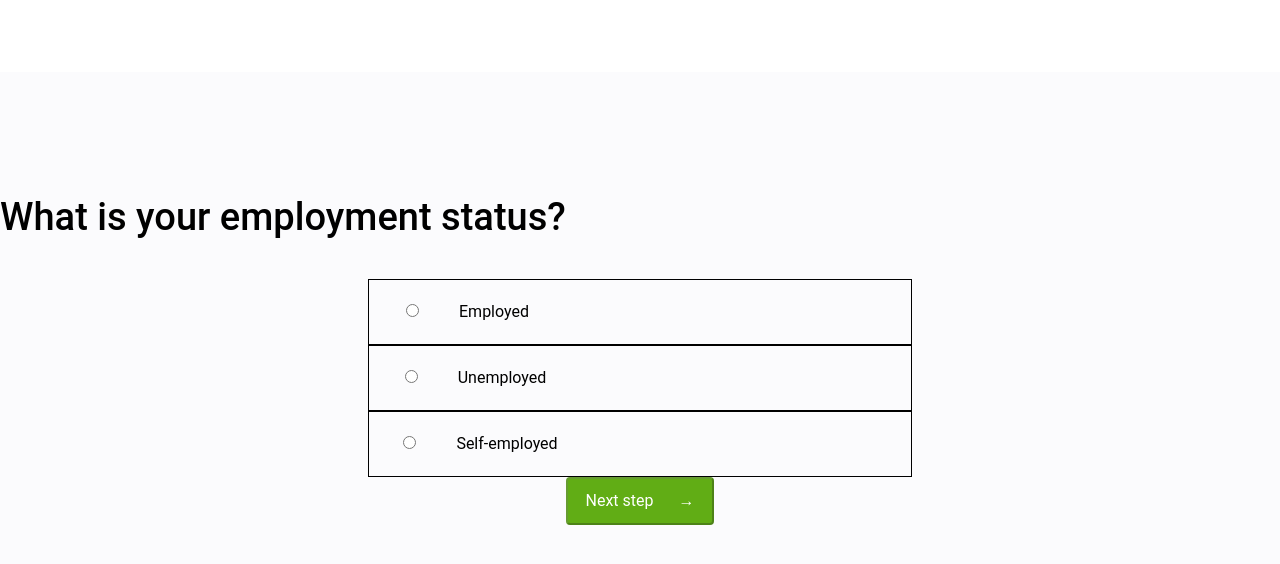
Repository: andbilous/task-survey
Page: /employment-status
An editor plug-in stored every save of this project. The page is shown before and after a run of saves, followed by the edit.
The browser window is 1280 px wide. The pictures show the whole page.
The project was rebuilt for these pictures with package versions that can differ from the ones it lists, and the page was loaded fresh each time. Also part of the build but not shown: src/pages/FillingStatus.jsx, src/pages/Proprietorships.jsx, src/pages/Score.jsx.

Above is the page before, as saved 2020-06-18 18:34:53.

### src/App.js
import React from 'react';
import { Provider } from 'react-redux'
import { store } from './redux/store'
import {
  BrowserRouter as Router,
  Switch,
  Route,
} from "react-router-dom";
import './App.css';
import {Header} from './components/Header';
import {EmploymentStatusPage} from './pages/EmploymentStatus';
import {FillingStatusPage} from './pages/FillingStatus';
import {ProprietorshipsPage} from './pages/Proprietorships';
import {ScorePage} from './pages/Score';


function App() {
  return (
    <Router>
    <Provider store={store}>
    <Switch>
    <div className="App">
      <Header/>
      <Route path="/employment-status">
            <EmploymentStatusPage />
          </Route>
          <Route path="/filling-status">
            <FillingStatusPage />
          </Route>
          <Route path="/proprietorship">
            <ProprietorshipsPage />
          </Route>
          <Route path="/score">
            <ScorePage />
          </Route>
    </div>
    </Switch>
    </Provider>
    </Router>
  );
}

export default App;

### src/redux/store.js
import { applyMiddleware, createStore } from 'redux';
import logger from 'redux-logger';
import thunk from 'redux-thunk';

import { rootReducer } from './rootReducer';

const middleware = [thunk, logger];

export const store = createStore(rootReducer, applyMiddleware(...middleware));

### src/App.css
* {
  text-align: center;
  box-sizing: border-box;
  font-family: Roboto;
  font-style: normal;
  font-weight: normal;
}
body{
  background-color:  #FBFBFD;
}
h2{
  font-family: Roboto;
font-style: normal;
font-weight: 500;
font-size: 38px;
line-height: 60px;
display: flex;
align-items: center;
text-align: center;
background-color:  #FBFBFD;
}
.list-item{
  width: 544px;
  height: 66px;
  border: 1px solid black;
  padding-top: 21px;
}

### src/components/Header.jsx
import React from "react";
import { connect } from "react-redux";

const Header = ({ progress }) => {
  return (
    <>
      <div style={styles.general} />
      <div
        style={{
          width: `${progress}%`,
          height: "75px",
          backgroundColor: "#61AD15",
        }}
      ></div>
    </>
  );
};

const styles = {
  general: {
    position: "absolute",
    left: "0%",
    right: "0%",
    top: "0%",
    bottom: "0%",
    height: "72px",
    backgroundColor: "#fff",
  },
};

const HeaderContainer = connect(
  (state) => ({
    progress: state.surveyReducer.progress,
  }),
  (dispatch) => ({})
)(Header);

export { HeaderContainer as Header };

### src/pages/EmploymentStatus.jsx
import React, { useState } from "react";
import { useHistory } from "react-router-dom";
import { connect } from "react-redux";
import Footer from "../components/Footer";
import { setEmploymentStatus } from "../redux/survey/actions";

const EmploymentStatusPage = ({ setEmploymentStatus }) => {
  const history = useHistory();
  const [disableFooter, setDisableFooter] = useState(true);
  const [value, setValue] = useState("");

  const navigateNextPage = () => {
    if (value === "Employed" || value === "Unemployed") {
      history.push("/filling-status");
    } else {
      history.push("/proprietorship");
    }
  };

  const handleChange = (value) => {
    console.log(value);
    setDisableFooter(false);
    setEmploymentStatus(value);
    setValue(value);
  };
  return (
    <div style={{ marginTop: "7rem" }}>
      <h2>What is your employment status?</h2>
      <form>
        <div
          style={styles.parent}
          className="radio"
        >
          <div></div>
          <label className="list-item" style={{paddingRight: '350px'}}>
            <input
              style={styles.input}
              onClick={() => handleChange("Employed")}
              name="1"
              type="radio"
              value="Employed"
            />
            Employed
          </label>
          <label className="list-item" style={{paddingRight: '334px'}}>
            <input
              style={styles.input}
              onClick={() => handleChange("Unemployed")}
              name="1"
              type="radio"
              value="Unemployed"
            />
            Unemployed
          </label>
          <label className="list-item" style={{paddingRight: '324px'}}>
            <input
              style={styles.input}
              onClick={() => handleChange("SelfEmployed")}
              name="1"
              type="radio"
              value="SelfEmployed"
            />
            Self-employed
          </label>
        </div>
      </form>
      <Footer disable={disableFooter} navigateNextPage={navigateNextPage} />
    </div>
  );
};

const styles = {
  parent: {
    marginTop: "2rem",
    display: "flex",
    flexDirection: "column",
    alignItems: "center",
    textAlign: "center",
  },
  item: {
    width: "544px",
    height: "66px",
    border: "1px solid black",
    paddingTop: '21px',
  },
  input :{
    marginRight: '40px'
  }
};

const EmploymentStatusPageContainer = connect(
  (state) => ({}),
  (dispatch) => ({
    setEmploymentStatus: (value) => dispatch(setEmploymentStatus(value)),
  })
)(EmploymentStatusPage);

export { EmploymentStatusPageContainer as EmploymentStatusPage };

### src/redux/rootReducer.js
import { combineReducers } from 'redux'
import surveyReducer from './survey/reducer'

export const rootReducer = combineReducers({
  surveyReducer
})

### src/components/Footer.jsx
import React from "react";

const Footer = ({ disable, navigateNextPage, navigatePrevPage }) => {
  if (navigatePrevPage && navigateNextPage) {
    return (
      <div style={styles.general}>
        <button
          disabled={disable}
          onClick={() => {
            navigatePrevPage();
          }}
        >
          Prev step
        </button>
        <button
          disabled={disable}
          onClick={() => {
            navigateNextPage();
          }}
        >
          Next step
        </button>
      </div>
    );
  }
  if (navigatePrevPage && !navigateNextPage) {
    return (
      <button
        disabled={disable}
        onClick={() => {
          navigatePrevPage();
        }}
      >
        Prev step
      </button>
    );
  }
  if (!navigatePrevPage && navigateNextPage) {
    return (
      <button
        style={styles.button}
        disabled={disable}
        onClick={() => {
          navigateNextPage();
        }}
      >
        <span>Next step</span>
        <span style={styles.arrow}>&#8594;</span>
      </button>
    );
  }
};

const styles = {
  general: {
    position: "absolute",
    bottom: "0",
    width: "100%",
    height: "2.5rem",
    backgroundColor: "#fff",
  },
  button: {
    color: "#fff",
    width: "148px",
    height: "48px",
    background: "#61AD15",
    textAlign: "center",
    fontSize: "16px",
    lineHeight: "26px",
    borderRadius: "4px",
  },
  arrow: {
    marginLeft: '25px',
    transform: "matrix(1, 0, 0, -1, 0, 0)",
  },
};

export default Footer;

### src/redux/survey/actions.js
import types from './types';

export const setEmploymentStatus = (value) => {
    if(value === 'Employed'){
      return {
        type: types.SET_EMPLOYMENT_STATUS,
        employmentStatus: value,
        count: 10,

      }
    }
      if(value === 'Unemployed'){
        return {
          type: types.SET_EMPLOYMENT_STATUS,
          employmentStatus: value,
          count: 20
        }
      }
        if(value === 'SelfEmployed'){
          return {
            type: types.SET_EMPLOYMENT_STATUS,
            employmentStatus: value,
            count: 30
          }
    }
};

export const setProprietorshipsCount = (value) => ({
    type: types.SET_PROPRIETORSHIPS_MULTIPLIER,
    multiplier: value
})

export const setFillingStatus = (values) =>{
  if(!values.length){
    return {
      type: types.SET_FILLING_STATUS,
      count: 0
    }
}
  if(values.length===1){
    return {
      type: types.SET_FILLING_STATUS,
      count: 10
    }
}
  return {
    type: types.SET_FILLING_STATUS,
    count: (values.length)*5
  }
}

export const displayResult = () =>({
  type: types.DISPLAY_RESULT
})

### src/redux/survey/reducer.js
import types from './types'

const initialValues = {
  count: 0,
  employmentStatus:'',
  progress: 0
}

const surveyReducer = (state = initialValues, action) => {
  switch (action.type) {
    case types.SET_EMPLOYMENT_STATUS:
      return {
        ...state,
        count: state.count + action.count,
        employmentStatus: action.employmentStatus,
        progress: 30
      }
      case types.SET_PROPRIETORSHIPS_MULTIPLIER:
        return {
          ...state,
          count: state.count * action.multiplier,
          progress: 50
        }
        case types.SET_FILLING_STATUS:
        return {
          ...state,
          count: state.count + action.count,
          progress: 70
        }
        case types.DISPLAY_RESULT:
        return {
          ...state,
          progress: 100
        }

    default:
      return state
  }
}

export default surveyReducer;

### src/redux/survey/types.js
const types = {
  SET_EMPLOYMENT_STATUS:'SET_EMPLOYMENT_STATUS',
  SET_PROPRIETORSHIPS_MULTIPLIER: 'SET_PROPRIETORSHIPS_MULTIPLIER',
  SET_FILLING_STATUS: 'SET_FILLING_STATUS',
  DISPLAY_RESULT: 'DISPLAY_RESULT'
}

export default types;

Loaded but not shown: public/index.html (common file); src/index.js (common file); src/index.css (common file); src/serviceWorker.js (common file)

After the next 7 saves:
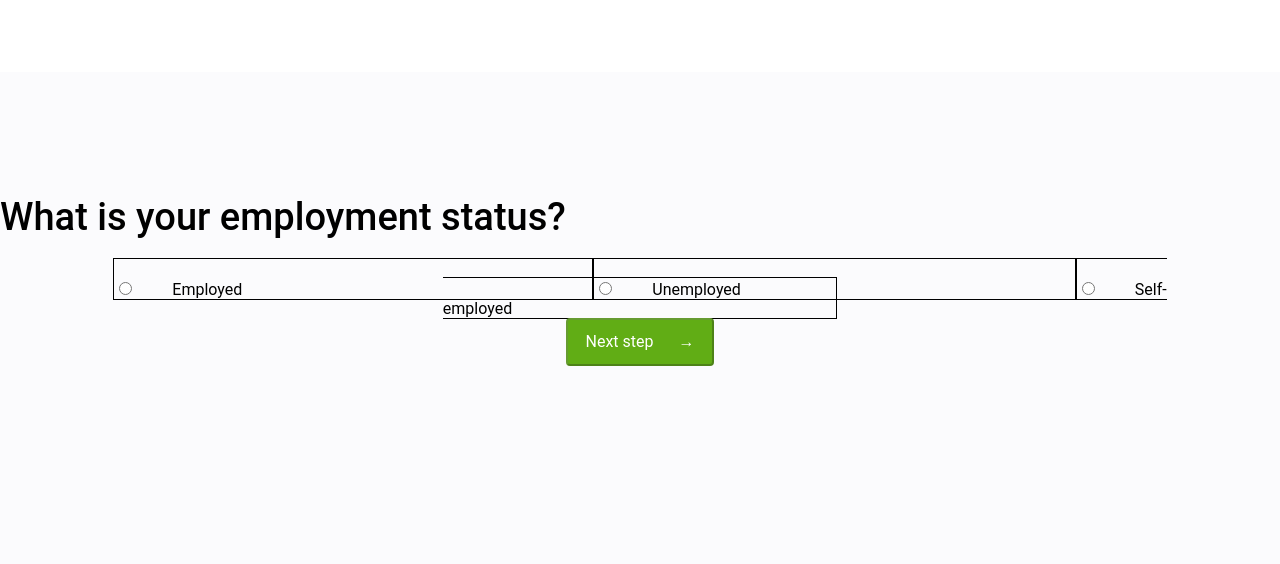
The 7 saves are shown as one change because 1 did not build or start and some came seconds apart.
The last was saved 22 s later.
--- a/src/pages/EmploymentStatus.jsx
+++ b/src/pages/EmploymentStatus.jsx
@@ -31,7 +31,7 @@
           style={styles.parent}
           className="radio"
         >
-          <div></div>
+          <div style={{borderRadius: '5px'}}>
           <label className="list-item" style={{paddingRight: '350px'}}>
             <input
               style={styles.input}
@@ -62,6 +62,7 @@
             />
             Self-employed
           </label>
+          </div>
         </div>
       </form>
       <Footer disable={disableFooter} navigateNextPage={navigateNextPage} />

After the 2 saves that followed:
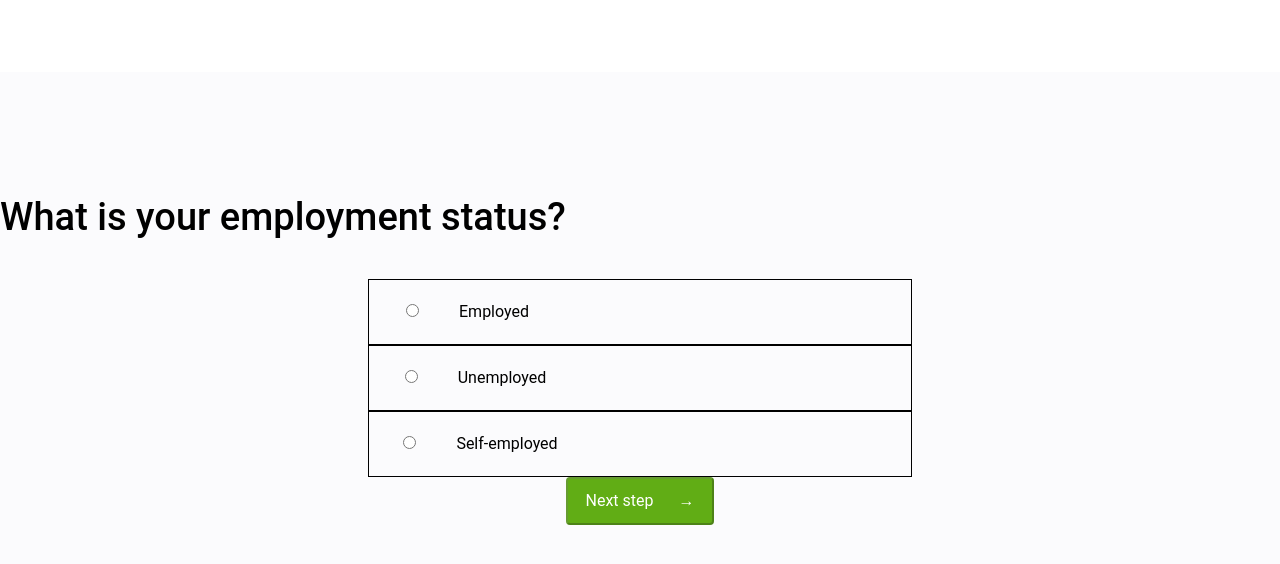
The 2 saves are shown as one change because they came seconds apart.
The last was saved 12 s later.
--- a/src/pages/EmploymentStatus.jsx
+++ b/src/pages/EmploymentStatus.jsx
@@ -31,7 +31,6 @@
           style={styles.parent}
           className="radio"
         >
-          <div style={{borderRadius: '5px'}}>
           <label className="list-item" style={{paddingRight: '350px'}}>
             <input
               style={styles.input}
@@ -63,7 +62,6 @@
             Self-employed
           </label>
           </div>
-        </div>
       </form>
       <Footer disable={disableFooter} navigateNextPage={navigateNextPage} />
     </div>
